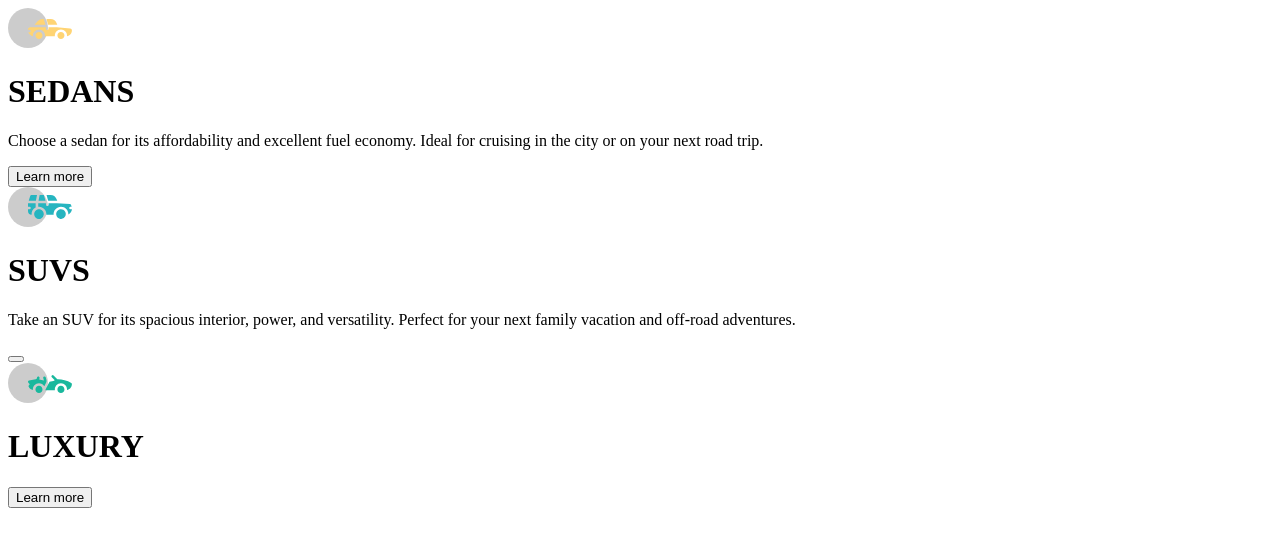
Repository: Pawan-pediredla/frontend-mentors
Page: 3-column-preview-card-component/3-column-preview-card-component-main/markup/index.html
The author's editor kept a copy of each file at every save. The page is drawn from the files as they stood at one save, then again after the next save.
The browser window is 1280 px wide. The pictures show the whole page.

Above is the page before, as saved 2024-06-22 12:48:49.

### 3-column-preview-card-component/3-column-preview-card-component-main/markup/index.html
<!DOCTYPE html>
<html lang="en">
<head>
  <meta charset="UTF-8">
  <meta name="viewport" content="width=device-width, initial-scale=1.0"> <!-- displays site properly based on user's device -->

  <link rel="icon" type="image/png" sizes="32x32" href="./images/favicon-32x32.png">

  <title>Frontend Mentor | 3-column preview card component</title>

<link rel="stylesheet" href="../styling/index.css"/>
</head>
<body>
  <main>
    <div class="box" id="sedans">
      <img src="../images/icon-sedans.svg" alt="sedans-img"/>
      <h1>SEDANS</h1>
      <p>
        Choose a sedan for its affordability and excellent fuel economy. Ideal for cruising in the city
          or on your next road trip.
      </p>
<button class="sedandsb">Learn more</button>
    </div>
    <div class="box" id="suvs">
      <img src="../images/icon-suvs.svg" alt="suvs-img"/>
      <h1>
        SUVS
      </h1>
      <p>Take an SUV for its spacious interior, power, and versatility. Perfect for your next family vacation
        and off-road adventures.

      </p>
      <button class="suvsb">

      </button>
    </div>
    <div class="box" id="luxury">
      <img src="../images/icon-luxury.svg" alt="luxury-img"/>
      <h1>LUXURY</h1>
      <p></p>
      <button class="luxuryb">Learn more

      </button>
    </div>
  </main>
</body>
</html>

### 3-column-preview-card-component/3-column-preview-card-component-main/styling/index.css
.attribution { font-size: 11px; text-align: center; }
    .attribution a { color: hsl(228, 45%, 44%); }

After the next save:
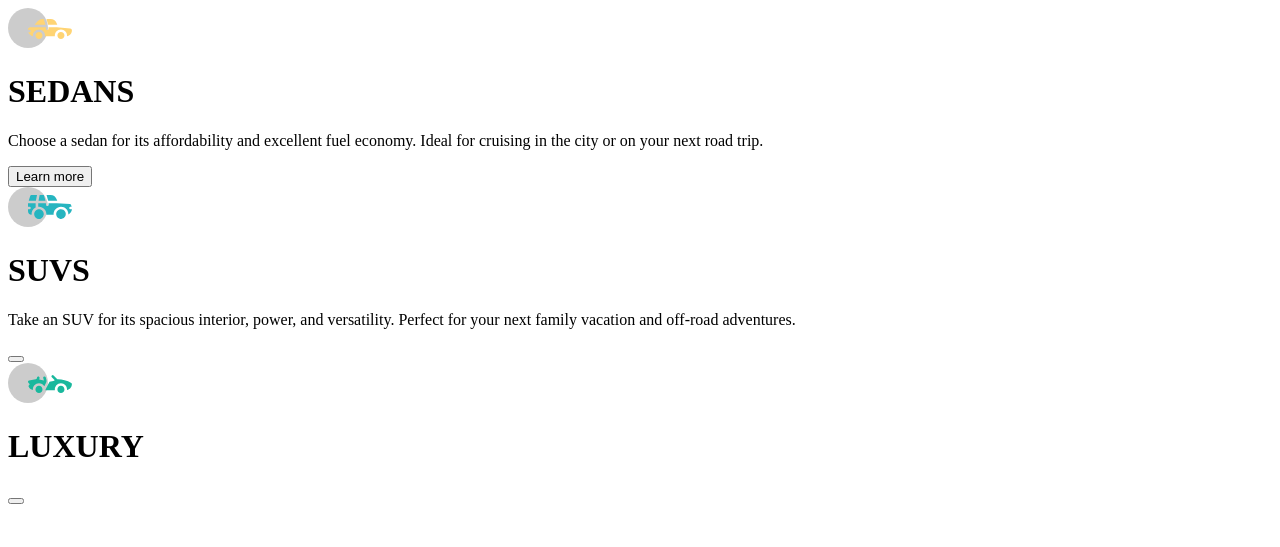
Saved 6 s later.
--- a/3-column-preview-card-component/3-column-preview-card-component-main/markup/index.html
+++ b/3-column-preview-card-component/3-column-preview-card-component-main/markup/index.html
@@ -38,7 +38,7 @@
       <img src="../images/icon-luxury.svg" alt="luxury-img"/>
       <h1>LUXURY</h1>
       <p></p>
-      <button class="luxuryb">Learn more
+      <button class="luxuryb">
 
       </button>
     </div>
